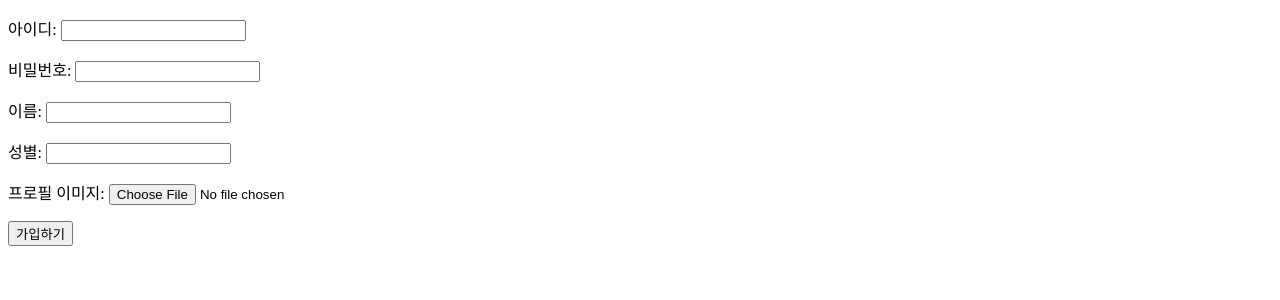
Repository: LeeKukJu/JSP-Study
Page: http://localhost/JSPBook/ch07/totaltest/total_signup.jsp
These files come from the project's save history. The page is drawn as it stood at one moment and after the next save; the edit follows.
The browser window is 1280 px wide. The pictures show the whole page.
The page is served by Tomcat 9.

Above is the page before, as saved 2023-01-30 10:04:54.

After the next save:
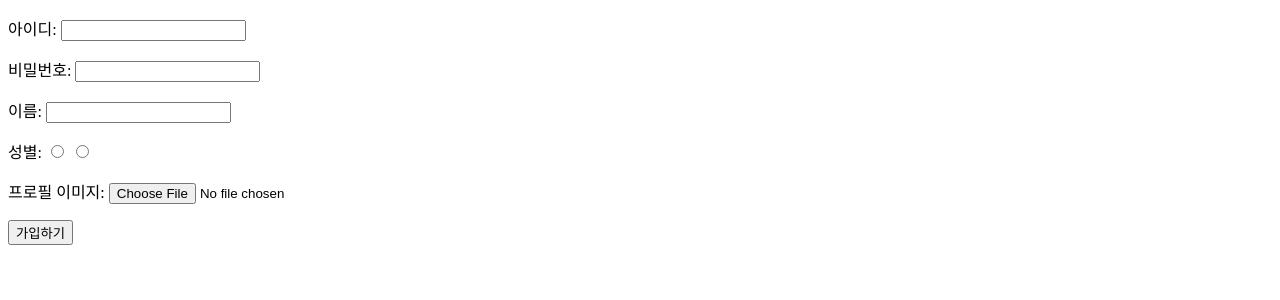
Saved 8 min 29 s later.
--- a/JSPBook/WebContent/ch07/totaltest/total_signup.jsp
+++ b/JSPBook/WebContent/ch07/totaltest/total_signup.jsp
@@ -26,7 +26,8 @@
 		<p>아이디: <input type="text" name="mem_id"/> </p>
 		<p>비밀번호: <input type="text" name="mem_pw"/> </p>
 		<p>이름: <input type="text" name="mem_name"/> </p>
-		<p>성별: <input type="text" name="mem_sex"/> </p>
+		<p>성별: <input type="radio" name="mem_sex" value="남자"/>
+			<input type="radio" name="mem_sex"/> </p>
 		<p>프로필 이미지: <input type="file" name="filename"/> </p>
 		<input type="submit" value="가입하기"/>
 	</form>
